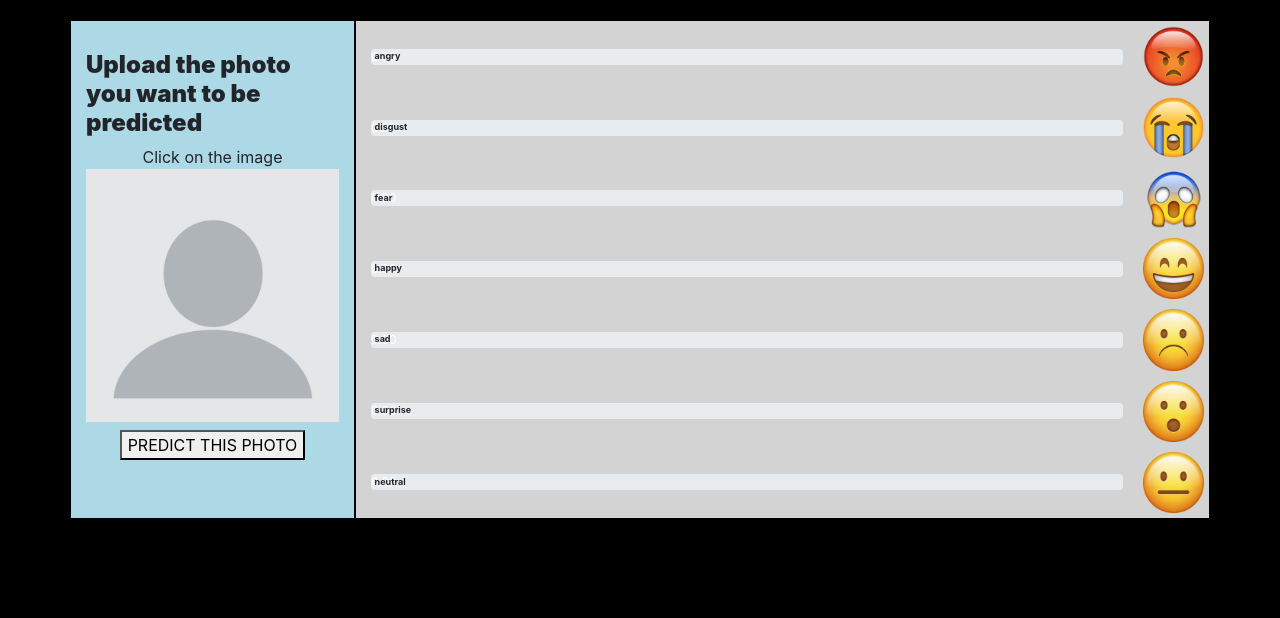
Repository: Jermaniac/TrabajoFinGradoGerman
Page: / (app in webprojectREACT/webexpresssionproject/)
The author's editor kept a copy of each file at every save. The page is drawn from the files as they stood at one save, then again after the next save.
The browser window is 1280 px wide. The pictures show the whole page.
The project was rebuilt for these pictures with package versions that can differ from the ones it lists, and the page was loaded fresh each time.

Above is the page before, as saved 2021-05-05 13:19:45.

### webprojectREACT/webexpresssionproject/public/index.html
<!DOCTYPE html>
<html lang="en">
  <head>
    <meta charset="utf-8" />
    <link rel="icon" href="%PUBLIC_URL%/favicon.ico" />
    <meta name="viewport" content="width=device-width, initial-scale=1" />
    <meta name="theme-color" content="#000000" />
    <meta
      name="description"
      content="Web site created using create-react-app"
    />
    <title>Expression App</title>
  </head>
  <body>
    <div id="root"></div>
  </body>
</html>

### webprojectREACT/webexpresssionproject/src/index.js
import React from 'react';
import ReactDOM from 'react-dom';
import App from './components/App';
import './index.css'
// Bootstrap support for React
import 'bootstrap/dist/css/bootstrap.min.css'

import { configureStore } from './redux/configureStore'
import { Provider } from 'react-redux';

const store= configureStore();

const Root = (
  <Provider store={store}>
    <App />
  </Provider>
);

const rootElement = document.getElementById('root');

ReactDOM.render(
  Root,
  rootElement
);

### webprojectREACT/webexpresssionproject/src/components/App.jsx
import React from 'react'

import InfoExpressions from './InfoComponent'

import '../styles/App.css'
import { changeExpressions, changePhoto } from '../redux/actionCreators';

import { connect } from 'react-redux'
import FormComponent from './FormComponent';

const mapStateToProps = state => {
  return {
    expressions: state.expressions,
    photo: state.photo
  }
};

const mapDispatchToProps = dispatch => ({
  changeExpressions: (expressions) => dispatch(changeExpressions(expressions)),
  changePhoto: (photo) => dispatch(changePhoto(photo))
});

class App extends React.Component {

  render () {
    return (
        <div className="container">
          <div className="row">
              <FormComponent changeExpressions={this.props.changeExpressions}
              changePhoto={this.props.changePhoto}
              photo={this.props.photo}
              ></FormComponent>
              <InfoExpressions  expressions={this.props.expressions} ></InfoExpressions>
          </div>
        </div>
    );
  }

}

export default ( connect ( mapStateToProps, mapDispatchToProps )( App ))

### webprojectREACT/webexpresssionproject/src/redux/configureStore.js

import { createStore, combineReducers} from 'redux';
import { expressions } from './expressions'
import { photo } from './photo'

const combination = combineReducers({
    expressions,
    photo
});

export const configureStore = () => {

    const store = createStore(
        combination,
        // activate redux dev tools in browser
        window.__REDUX_DEVTOOLS_EXTENSION__ && window.__REDUX_DEVTOOLS_EXTENSION__()

    );

    return store;
}

### webprojectREACT/webexpresssionproject/src/components/InfoComponent.jsx
import React from 'react';
import '../styles/InfoComponent.css'

function InfoComponent({ expressions, photo }) {

  if (expressions) {
    let expressionsFormatted = formatProbabilities(expressions);

    return (
    <div className="col-12 col-md-8 col-lg-9" id="info">
        {
        expressionsFormatted.map((expression) => {
          let emojiSrc = `./assets/images/emoji_${expression.mood}.png`;
          return (
            <div className="row" key={expression.mood}>
              <div className="col-11">
                <div className="progress">
                  <div
                    id="barra"
                    className="progress-bar"
                    aria-valuemin="0"
                    aria-valuemax="100"
                    style={{ width: expression.probability + "%" }}
                  >
                    {expression.probability}
                  </div>
                  <span className="badge">{expression.mood}</span>
                </div>
              </div>
              <div className="col-1" id="imageEmoji">
                <img
                  src={emojiSrc}
                  alt="emoji"
                ></img>
              </div>
            </div>
          );
        })
        }
      </div>
    // <div></div>
    );
  } else {
    return (
          <div>
          </div>
    );
  }
}

function formatProbabilities(expressions){
    return expressions.map( (expression) => {
        return  {
            mood: expression.mood,
            probability: (expression.probability * 100).toFixed(2)
        }

    })

}

export default InfoComponent;

### webprojectREACT/webexpresssionproject/src/styles/App.css
.container {
    padding: 20px;
}

### webprojectREACT/webexpresssionproject/src/redux/actionCreators.js
import * as ActionTypes from './actionTypes'

export const changeExpressions = (expressions) => ({
    type: ActionTypes.CHANGE_EXPRESSIONS,
    payload: {
        expressions: expressions
    }
});

export const changePhoto = (photo) => ({
    type: ActionTypes.CHANGE_PHOTO,
    payload: {
        photoUrl: URL.createObjectURL(photo)
    }
})

### webprojectREACT/webexpresssionproject/src/components/FormComponent.jsx
import { useState } from 'react';
import ImageUploadService from '../services/image-upload.service';
import '../styles/FormComponent.css'

function FormComponent({ changeExpressions, changePhoto, photo }) {

  const [getPhotoFile, setPhotoFile] = useState();

  const selectPhoto = (event) => {
    const photoSelect = event.target.files[0];
    setPhotoFile(photoSelect);
    changePhoto(photoSelect);
  };

  const requestPredict = () => {
    ImageUploadService.getMood(getPhotoFile).then((response) => {
      if (response) {
        console.log("Call API success!");
        changeExpressions(response.expressions);
      } else {
        console.log("Call API failed.");
      }
    });
  };

  return (
    <div className="col-12 col-md-4 col-lg-3" id="form">
      <div className="row">
        <h2>Upload the photo you want to be predicted</h2>
      </div>
      <div className="row">
        <div>Click on the image</div>
      </div>
      <div className="row">
        <label htmlFor="photo">
          <input
            type="file"
            name="photo"
            id="photo"
            accept="image/*"
            style={{ display: "none" }}
            onChange={selectPhoto}
          ></input>
          <img src={photo.photoUrl} alt="blankPic"></img>
        </label>
      </div>
      <div className="row">
        <button id="buttonSubmit" onClick={requestPredict}>
          PREDICT THIS PHOTO
        </button>
      </div>
    </div>
  );
}

export default FormComponent;

### webprojectREACT/webexpresssionproject/src/redux/expressions.js
import { EXPRESSIONS } from '../shared/expressions';
import * as ActionTypes from './actionTypes'

export const expressions = ( state = EXPRESSIONS, action ) => {
    switch (action.type) {
        case ActionTypes.CHANGE_EXPRESSIONS:
            let expressions = action.payload.expressions;
            return expressions;
        default:
            return state;
    }
};

### webprojectREACT/webexpresssionproject/src/redux/photo.js
import { PHOTO } from '../shared/photo';
import * as ActionTypes from './actionTypes'

export const photo = ( state = PHOTO, action ) => {
    switch (action.type) {
        case ActionTypes.CHANGE_PHOTO:
            let photo = action.payload;
            return photo;
        default:
            return state;
    }
};

### webprojectREACT/webexpresssionproject/src/styles/InfoComponent.css
.container-fluid {
    display: grid;
}
.col-11 {
    align-self: center;
}

#info {
    background-color: lightgrey;
    display: grid;
    border: 1px solid black;
}

### webprojectREACT/webexpresssionproject/src/redux/actionTypes.js
export const CHANGE_EXPRESSIONS = 'CHANGE_EXPRESSIONS'
export const CHANGE_PHOTO = 'CHANGE_PHOTO'

### webprojectREACT/webexpresssionproject/src/services/image-upload.service.js

const keyFile = "photo";
const urlApi =  "http://ec2-3-235-24-57.compute-1.amazonaws.com:9004/getMood";

class ImageUploadService {

  getMood(file) {

    const formData = new FormData();
    formData.append(keyFile, file);

    return fetch(urlApi, {
      method: "POST",
      body: formData,
    })
      .then((response) => response.json())
      .then((data) => {
        return data;
      })
      .catch((error) => console.error(error));
  }

}

export default new ImageUploadService();

### webprojectREACT/webexpresssionproject/src/styles/FormComponent.css

#form {
    background-color: lightblue;
    padding:30px;
    border: 1px solid black;
}

#imageEmoji {
    padding: 5px;
}

#form > .row {
    justify-content: center;
}

#form > .row > h2,h3{
    font-weight: 900;
    font-size: x-large;
}
#form > .row > h2{
    font-style: initial;
}
#form >.row > h3{
    font-style: italic;
}

img {
    width: 100%;
}

### webprojectREACT/webexpresssionproject/src/shared/expressions.js
export const EXPRESSIONS =
    [
        {
            mood: "angry",
            probability: 0.0
        },
        {
            mood: "disgust",
            probability: 0.0
        },
        {
            mood: "fear",
            probability: 0.0
        },
        {
            mood: "happy",
            probability: 0.0
        },
        {
            mood: "sad",
            probability: 0.0
        },
        {
            mood: "surprise",
            probability: 0.0
        },
        {
            mood: "neutral",
            probability: 0.0
        }
];

### webprojectREACT/webexpresssionproject/src/shared/photo.js
export const PHOTO =
    {
        photoUrl: "assets/images/blankPhoto.png"
    }

Loaded but not shown: webprojectREACT/webexpresssionproject/src/index.css (common file)

After the next save:
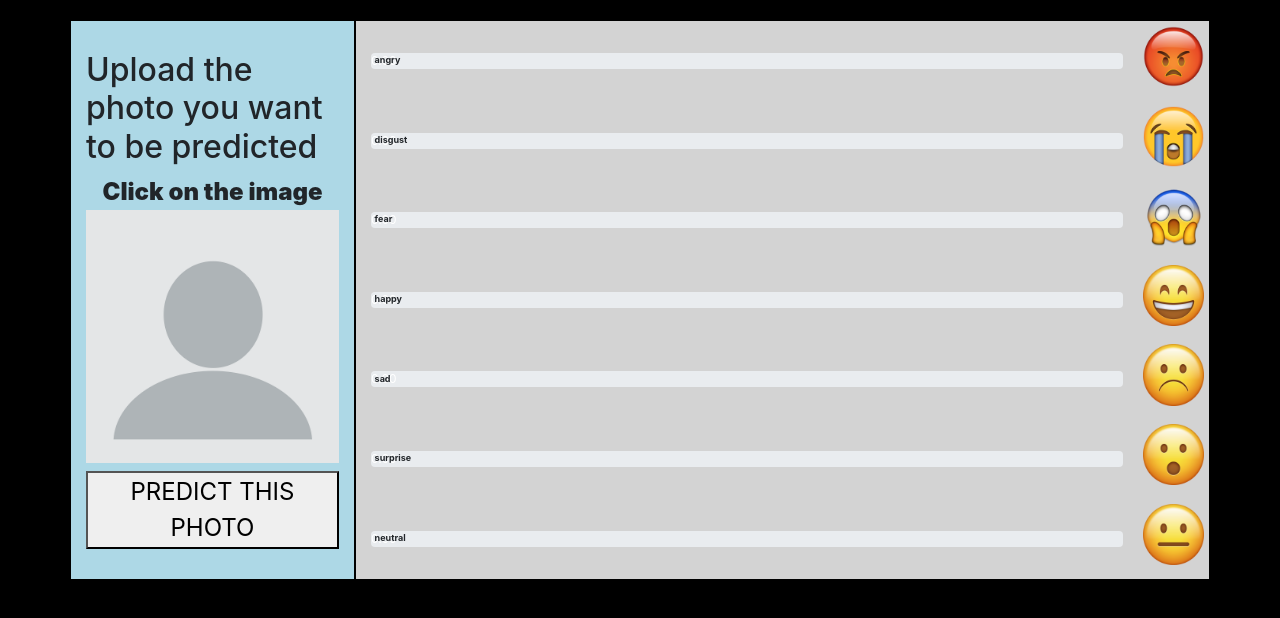
Saved 15 s later.
--- a/webprojectREACT/webexpresssionproject/src/styles/FormComponent.css
+++ b/webprojectREACT/webexpresssionproject/src/styles/FormComponent.css
@@ -13,7 +13,7 @@
     justify-content: center;
 }
 
-#form > .row > h2,h3{
+#form > .row {
     font-weight: 900;
     font-size: x-large;
 }

After the save that followed:
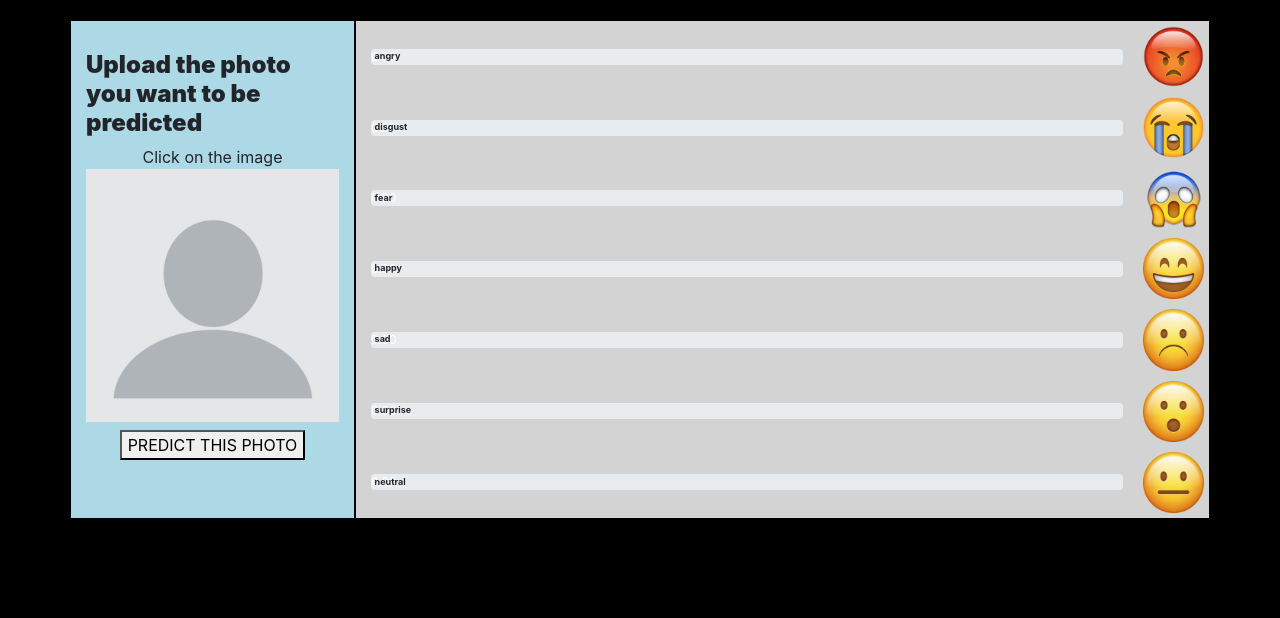
Saved 11 s later.
--- a/webprojectREACT/webexpresssionproject/src/styles/FormComponent.css
+++ b/webprojectREACT/webexpresssionproject/src/styles/FormComponent.css
@@ -13,7 +13,7 @@
     justify-content: center;
 }
 
-#form > .row {
+#form > .row > h2,h3{
     font-weight: 900;
     font-size: x-large;
 }
